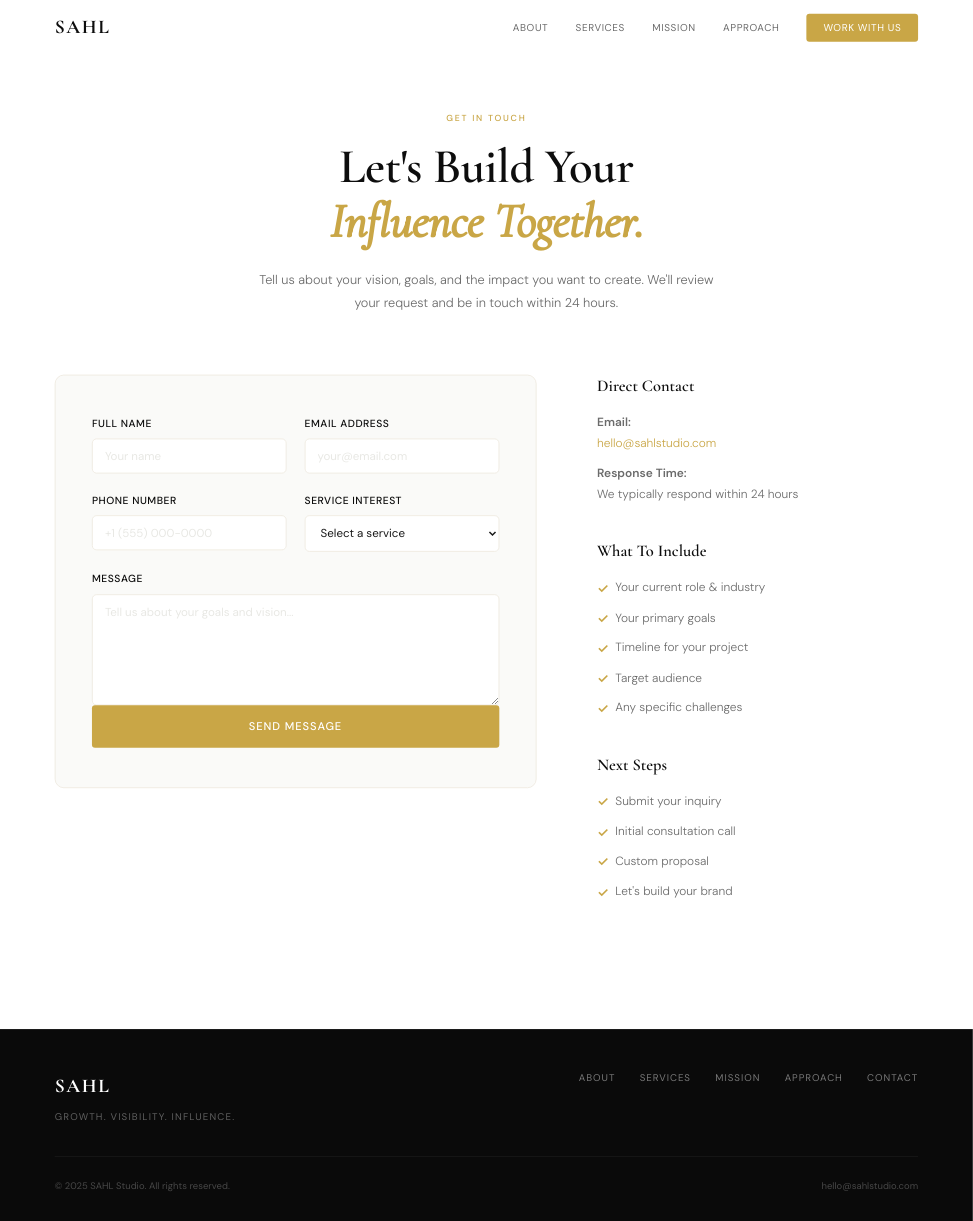
Repository: Olamilekan5177/sahl
Page: contact.html
An editor plug-in stored every save of this project. The page is shown before and after a run of saves, followed by the edit.
The browser window is 1280 px wide. The pictures show the whole page, at 76% of full size.

Above is the page before, as saved 2026-03-24 17:23:05.

### contact.html
<!doctype html>
<html lang="en">
  <head>
    <meta charset="UTF-8" />
    <meta name="viewport" content="width=device-width, initial-scale=1.0" />
    <title>Contact SAHL - Let's Work Together</title>
    <link rel="icon" type="image/png" href="Image/Sahl My new brand.png" />
    <link rel="stylesheet" href="styles.css" />
    <link
      href="https://fonts.googleapis.com/css2?family=Cormorant+Garamond:ital,wght@0,300;0,400;0,600;0,700;1,300;1,400&family=DM+Sans:wght@300;400;500;600&display=swap"
      rel="stylesheet"
    />
  </head>
  <body>
    <!-- NAV -->
    <nav class="nav" id="nav">
      <div class="nav__inner">
        <a href="index.html" class="nav__logo">SAHL</a>
        <ul class="nav__links">
          <li><a href="index.html#about">About</a></li>
          <li><a href="index.html#services">Services</a></li>
          <li><a href="index.html#mission">Mission</a></li>
          <li><a href="index.html#culture">Approach</a></li>
          <li><a href="contact.html" class="nav__cta">Work With Us</a></li>
        </ul>
        <button class="nav__hamburger" id="hamburger" aria-label="Toggle menu">
          <span></span><span></span><span></span>
        </button>
      </div>
      <div class="nav__mobile" id="mobileMenu">
        <ul>
          <li><a href="index.html#about">About</a></li>
          <li><a href="index.html#services">Services</a></li>
          <li><a href="index.html#mission">Mission</a></li>
          <li><a href="index.html#culture">Approach</a></li>
          <li><a href="contact.html">Work With Us</a></li>
        </ul>
      </div>
    </nav>

    <!-- CONTACT SECTION -->
    <section class="contact-page section">
      <div class="container">
        <div class="contact-page__header reveal">
          <span class="label">Get In Touch</span>
          <h1 class="contact-page__heading">
            Let's Build Your<br /><em>Influence Together.</em>
          </h1>
          <p class="contact-page__subtext">
            Tell us about your vision, goals, and the impact you want to create.
            We'll review your request and be in touch within 24 hours.
          </p>
        </div>

        <div class="contact-page__content">
          <div class="contact-page__form-wrap reveal">
            <form class="contact-form" id="contact-form">
              <div class="form__grid">
                <div class="form__group">
                  <label for="name" class="form__label form__label--light"
                    >Full Name</label
                  >
                  <input
                    type="text"
                    id="name"
                    name="name"
                    class="form__input form__input--light"
                    required
                    placeholder="Your name"
                  />
                </div>
                <div class="form__group">
                  <label for="email" class="form__label form__label--light"
                    >Email Address</label
                  >
                  <input
                    type="email"
                    id="email"
                    name="email"
                    class="form__input form__input--light"
                    required
                    placeholder="your@email.com"
                  />
                </div>
                <div class="form__group">
                  <label for="phone" class="form__label form__label--light"
                    >Phone Number</label
                  >
                  <input
                    type="tel"
                    id="phone"
                    name="phone"
                    class="form__input form__input--light"
                    placeholder="+1 (555) 000-0000"
                  />
                </div>
                <div class="form__group">
                  <label for="service" class="form__label form__label--light"
                    >Service Interest</label
                  >
                  <select
                    id="service"
                    name="service"
                    class="form__input form__input--light"
                  >
                    <option value="">Select a service</option>
                    <option value="personal-branding">Personal Branding</option>
                    <option value="storytelling">Storytelling</option>
                    <option value="public-speaking">Public Speaking</option>
                    <option value="content-creation">Content Creation</option>
                    <option value="other">Other</option>
                  </select>
                </div>
              </div>
              <div class="form__group form__group--full">
                <label for="message" class="form__label form__label--light"
                  >Message</label
                >
                <textarea
                  id="message"
                  name="message"
                  class="form__textarea form__input--light"
                  rows="6"
                  required
                  placeholder="Tell us about your goals and vision..."
                ></textarea>
              </div>
              <button type="submit" class="btn btn--gold btn--lg">
                Send Message
              </button>
            </form>
          </div>

          <div class="contact-page__info reveal reveal--right">
            <div class="contact-info">
              <h3>Direct Contact</h3>
              <p>
                <strong>Email:</strong><br />
                <a href="mailto:hello@sahlstudio.com">hello@sahlstudio.com</a>
              </p>
              <p>
                <strong>Response Time:</strong><br />
                We typically respond within 24 hours
              </p>
            </div>

            <div class="contact-info">
              <h3>What To Include</h3>
              <ul class="contact-checklist">
                <li>Your current role & industry</li>
                <li>Your primary goals</li>
                <li>Timeline for your project</li>
                <li>Target audience</li>
                <li>Any specific challenges</li>
              </ul>
            </div>

            <div class="contact-info">
              <h3>Next Steps</h3>
              <ol class="contact-checklist">
                <li>Submit your inquiry</li>
                <li>Initial consultation call</li>
                <li>Custom proposal</li>
                <li>Let's build your brand</li>
              </ol>
            </div>
          </div>
        </div>
      </div>
    </section>

    <!-- FOOTER -->
    <footer class="footer">
      <div class="container">
        <div class="footer__inner">
          <div class="footer__brand">
            <span class="nav__logo">SAHL</span>
            <p>Growth. Visibility. Influence.</p>
          </div>
          <div class="footer__links">
            <a href="index.html#about">About</a>
            <a href="index.html#services">Services</a>
            <a href="index.html#mission">Mission</a>
            <a href="index.html#culture">Approach</a>
            <a href="contact.html">Contact</a>
          </div>
        </div>
        <div class="footer__bottom">
          <span>© 2025 SAHL Studio. All rights reserved.</span>
          <span>hello@sahlstudio.com</span>
        </div>
      </div>
    </footer>

    <script src="script.js"></script>
  </body>
</html>

Loaded but not shown: script.js (144 lines, source omitted); styles.css (1220 lines, source omitted)

After the next 3 saves:
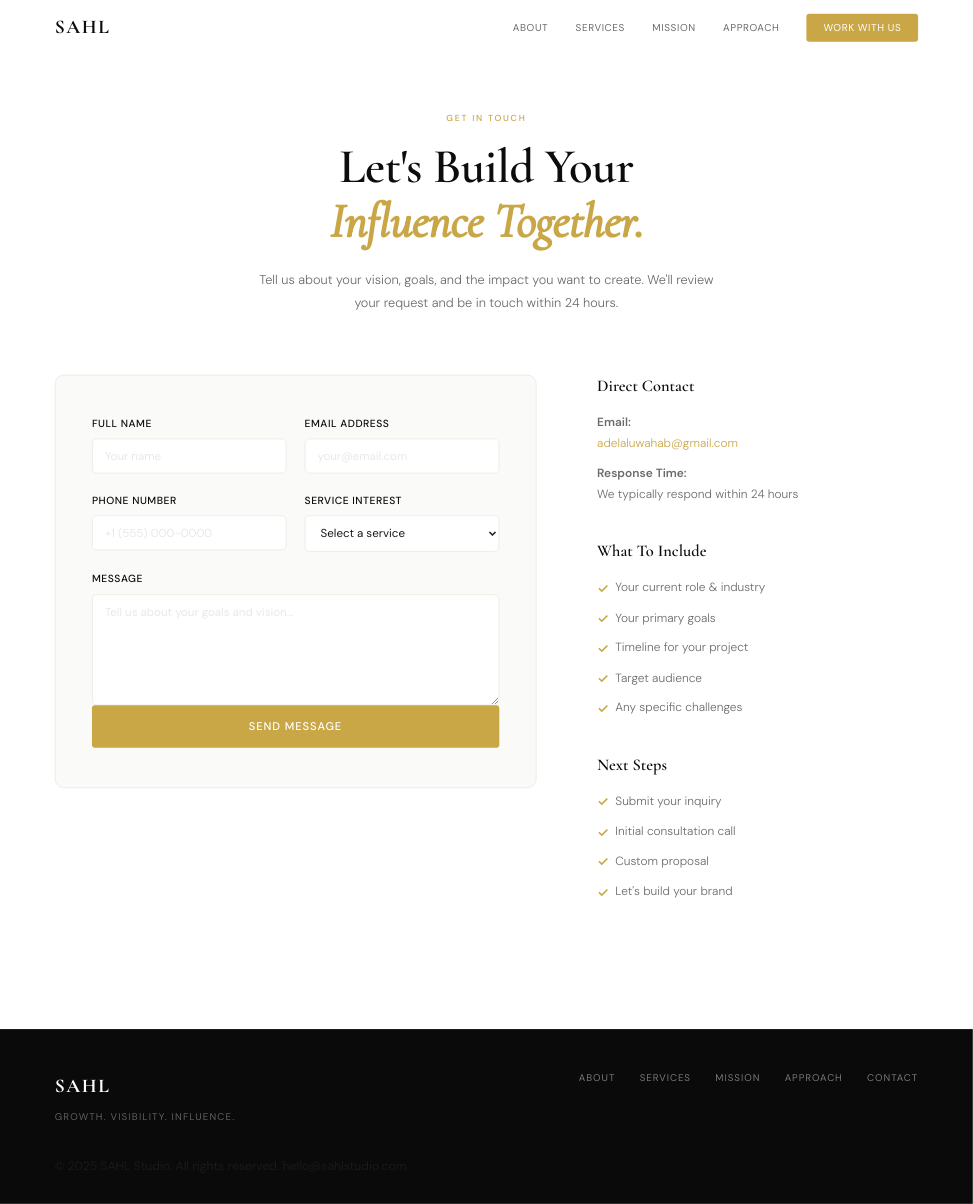
The 3 saves are shown as one change because they came seconds apart.
The last was saved 9 s later.
--- a/contact.html
+++ b/contact.html
@@ -136,7 +136,9 @@
               <h3>Direct Contact</h3>
               <p>
                 <strong>Email:</strong><br />
-                <a href="mailto:hello@sahlstudio.com">hello@sahlstudio.com</a>
+                <a href="mailto:adelaluwahab@gmail.com"
+                  >adelaluwahab@gmail.com</a
+                >
               </p>
               <p>
                 <strong>Response Time:</strong><br />
@@ -185,7 +187,7 @@
             <a href="contact.html">Contact</a>
           </div>
         </div>
-        <div class="footer__bottom">
+        <div claadelaluwahab@gmailom">
           <span>© 2025 SAHL Studio. All rights reserved.</span>
           <span>hello@sahlstudio.com</span>
         </div>
